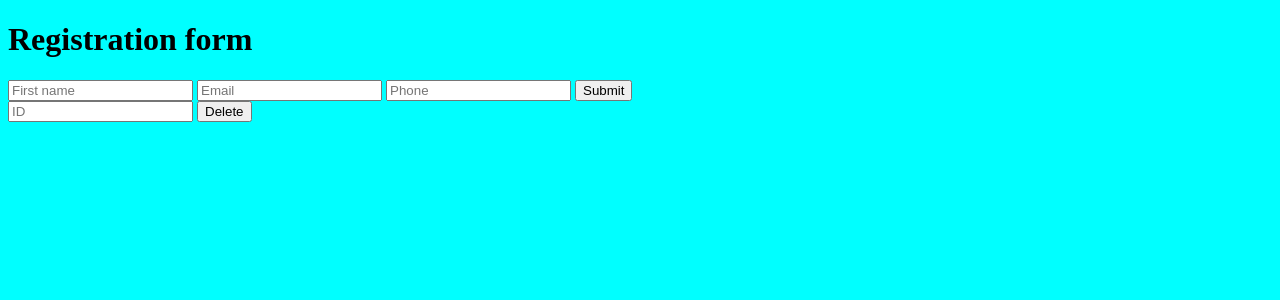
Repository: mediumrtp/CRUD
Page: index.html
An editor plug-in stored every save of this project. The page is shown before and after the next save, followed by the edit.
The browser window is 1280 px wide. The pictures show the whole page.

Above is the page before, as saved 2022-11-14 23:09:34.

### index.html
<!DOCTYPE html>
<html>

<head>
    <link rel="stylesheet" href="./style.css">
</head>

<body>
    <h1 class="heading">Registration form</h1>

    <form action="/add_user" method="POST">

        <input type="text" name="empName" placeholder="First name" required>

        <input type="email" name="empEmail" placeholder="Email" required>

        <input type="text" name="empMobile" placeholder="Phone" required>

        <input type="submit" value="Submit">
    </form>
    <form action="/delete" method="POST">

        <input type="text" name="id" placeholder="ID" required>

        <button type="submit">Delete</button>
        <!-- <button type="submit" class="btn">Submit</button> -->
    </form>
</body>

</html>

### style.css
.h1 {
    color: red
}

body {
    background-color: aqua;
}

After the next save:
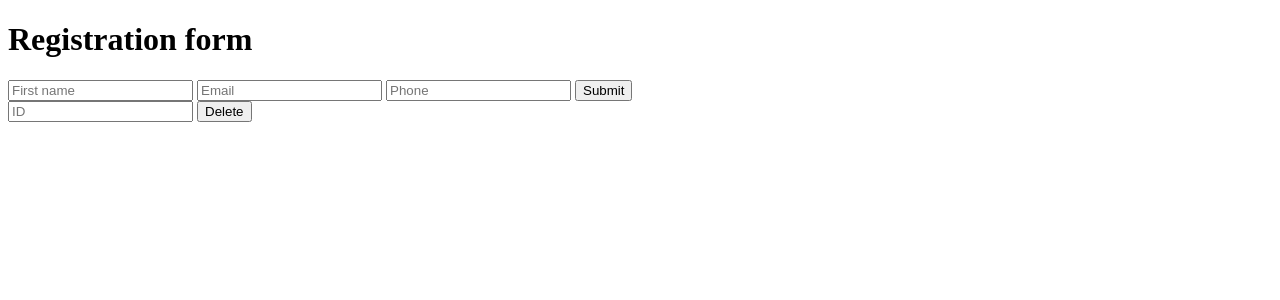
Saved 32 s later.
--- a/style.css
+++ b/style.css
@@ -2,6 +2,7 @@
     color: red
 }
 
+;
 body {
     background-color: aqua;
 }

After the save that followed:
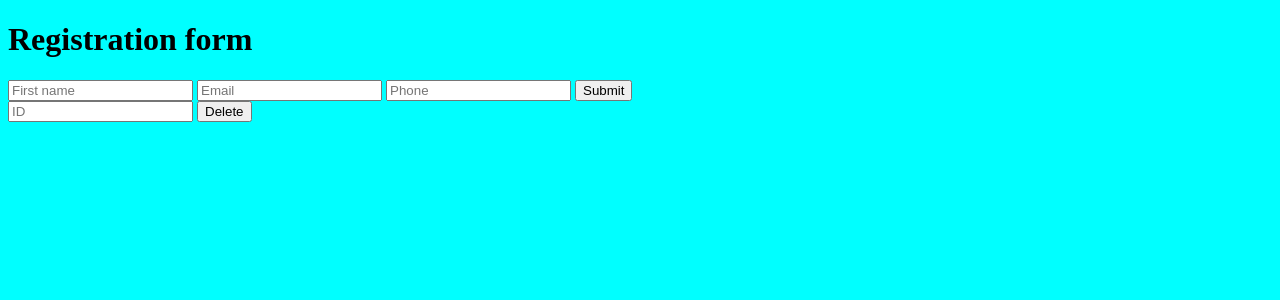
Saved 102 s later.
--- a/style.css
+++ b/style.css
@@ -2,7 +2,6 @@
     color: red
 }
 
-;
 body {
     background-color: aqua;
 }
